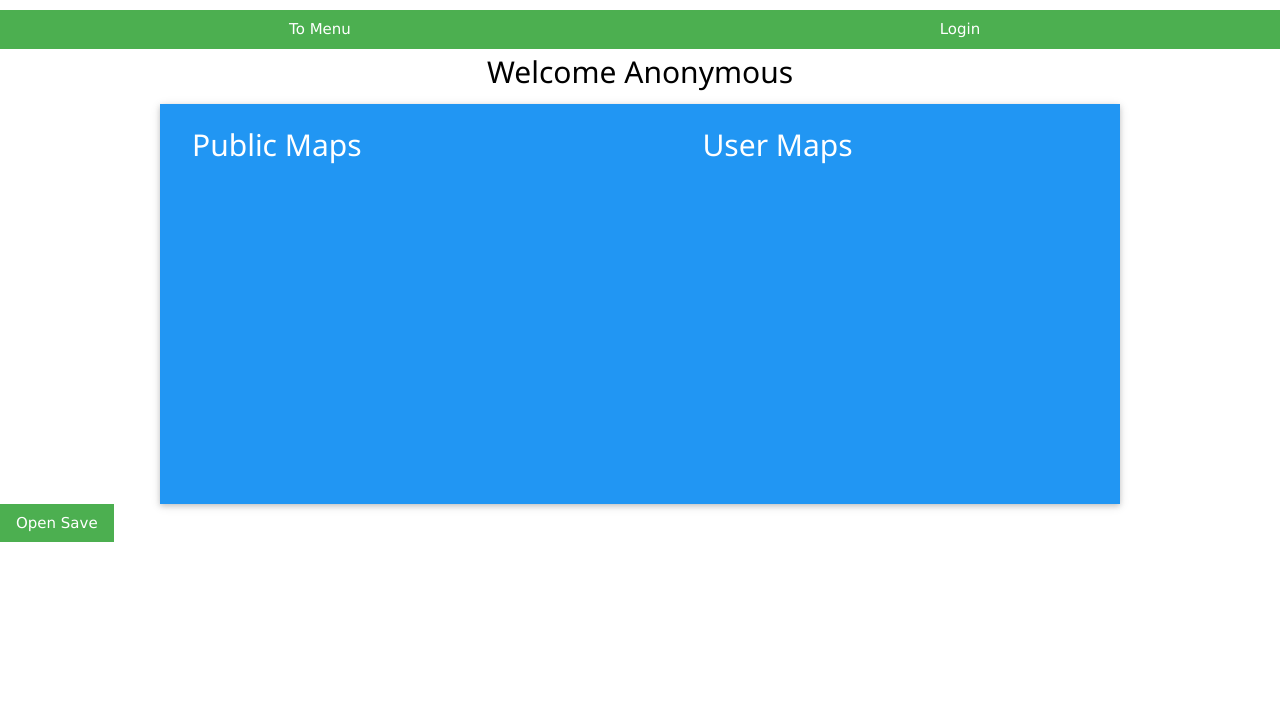
Repository: ReactorDevelopment/environment
Page: public/database.html
The author's editor kept a record of every edit. The page is drawn from the files as they stood at one moment, then again after the next edit.
The browser window is 1280 px wide. The pictures show the whole page.
The page's requests for data from a server got no answer.

Above is the page before.

### public/database.html
<html lang="en">
    <head>
        <meta charset="UTF-8">
        <title>Title</title>
        <script src="https://ajax.googleapis.com/ajax/libs/jquery/3.5.1/jquery.min.js"></script>
    </head>
    <meta name="viewport" content="width=device-width, initial-scale=1">
    <link rel="stylesheet" href="https://www.w3schools.com/w3css/4/w3.css">
    <body>
        <div style="width:100%">
            <button onclick="toMenu()" class="w3-half w3-button w3-green w3-hover-light-green">To Menu</button>
            <button id="loginBtn" class="w3-half w3-button w3-green w3-hover-light-green"></button>
        </div>
        <h2 id="welcome" class="w3-center"></h2>
        <div style="height:400px; width:75%; margin: auto;" class="w3-container w3-blue w3-card">
            <ul id="saveHolder" class="w3-ul" style="width:45%; height:100%; overflow:auto; top:0; float: left;">
                <li><h2>Public Maps</h2></li>
            </ul>
            <ul id="userSaveHolder" class="w3-ul" style="width:45%; height:100%; overflow:auto; top:0; float: right;">
                <li><h2>User Maps</h2></li>
            </ul>
        </div>
        <button onclick="toMap()" class="w3-button w3-green w3-hover-light-green">Open Save</button>
        <button id="visToggle" onclick="setVisibility()" style="float: right; visibility: hidden;"></button>
        <p id="showErr"></p>
    </body>
    <script>
        let saves = [];
        let queried = 0;
        let name;
        let username;
        let userId;
        dbInit();
        let selectedSave;
        function dbInit(){
            name = getCookie("name");
            username = getCookie("username");
            userId = getCookie("userid");
            if(name !== null && name !== ""){
                document.getElementById("welcome").innerHTML = "Welcome "+name;
                document.getElementById("loginBtn").innerHTML = "Logout";
                document.getElementById("loginBtn").onclick = function(){logout()};
            }
            else{
                document.getElementById("welcome").innerHTML = "Welcome Anonymous";
                document.getElementById("loginBtn").innerHTML = "Login";
                document.getElementById("loginBtn").onclick = function(){toLogin()};
            }
            refreshTables()
        }
        function refreshTables(){
            const request = new XMLHttpRequest();
            const url='/querrymaps';
            request.open("POST", url, true);
            request.send(null);

            request.onreadystatechange = (e) => {
                try{
                    parseTable(request.responseText);
                    showSaves();
                }catch(e){}
            };
        }
        function parseTable(jsonStr){
            if(jsonStr.length === 0) return;
            let response = JSON.parse(jsonStr);
            saves = [];
            for(let i=0; i<response.length; i++){
                console.log("Response "+i+": "+response[i].id);
                saves.push([response[i].file, response[i].username, response[i].content, response[i].public, response[i].id]);
            }
        }
        function loadSave(saveTile){
            console.log("Id: "+saveTile.id);
            for(let i=0; i<document.getElementById("saveHolder").childElementCount; i++)
                document.getElementById("saveHolder").children[i].classList.remove("w3-green");
            for(let i=0; i<document.getElementById("userSaveHolder").childElementCount; i++)
                document.getElementById("userSaveHolder").children[i].classList.remove("w3-green");
            saveTile.classList.add("w3-green");
            selectedSave = saveTile;

            for(let i=0; i<saves.length; i++)
                if(selectedSave.id === (saves[i][1]+"."+saves[i][0]) && saves[i][1] === username){
                    document.getElementById("visToggle").style.visibility = "visible";
                    if(saves[i][3] === 0)
                        document.getElementById("visToggle").innerHTML = "Make Visible";
                    else
                        document.getElementById("visToggle").innerHTML = "Make Private";
                    break;
                }
                else if(selectedSave.id === (saves[i][1]+"."+saves[i][0]))
                    document.getElementById("visToggle").style.visibility = "hidden";

        }
        function showSaves(){
            document.getElementById("saveHolder").innerHTML = "<li><h2>Public Maps</h2></li>";
            document.getElementById("userSaveHolder").innerHTML = "<li><h2>User Maps</h2></li>";
            for(let i=0; i<saves.length; i++){
                let save = document.createElement("LI");
                save.id = saves[i][1]+"."+saves[i][0];
                save.className = "saveTile w3-container w3-hover-light-green";
                save.addEventListener("click", function(){
                    loadSave(this);
                });

                let name = document.createElement("P");
                name.innerHTML = saves[i][0];
                name.className = "w3-half";

                let author = document.createElement("P");
                author.className = "w3-half";
                author.innerHTML = saves[i][1];

                save.appendChild(name);
                save.appendChild(author);

                if(saves[i][3] === 0 && saves[i][1] === username)
                    document.getElementById("userSaveHolder").appendChild(save);
                else if(saves[i][3] === 1)
                    document.getElementById("saveHolder").appendChild(save);

            }
            if(document.getElementById("saveHolder").childElementCount === 0 && queried === 1){
                let msg = document.createElement("P");
                msg.innerHTML = "Nothing to see here";
                document.getElementById("saveHolder").appendChild(msg);
            }
        }
        function setVisibility(){
            if(selectedSave !== undefined){
                for(let i=0; i<saves.length; i++){
                    if(selectedSave.id === (saves[i][1]+"."+saves[i][0]) && saves[i][1] === username){
                        const request = new XMLHttpRequest();
                        const url='/mapvisibility';
                        let isVisible;
                        if(saves[i][3] === 0) isVisible = 1;
                        else isVisible = 0;
                        let params = 'mapid='+saves[i][4]+'&vis='+isVisible;
                        request.open("POST", url, true);
                        request.setRequestHeader("Content-type", "application/x-www-form-urlencoded");
                        request.onreadystatechange = (e) => {
                            console.log(request.responseText);
                            document.getElementById("saveHolder").innerHTML = "";
                            document.getElementById("userSaveHolder").innerHTML = "";
                            refreshTables();
                        };
                        request.send(params);
                        break;
                    }
                    else if (selectedSave.id === (saves[i][1]+"."+saves[i][0]))
                        document.getElementById("showErr").innerHTML = "You must own the save to change its visibility";
                }
            }
        }
        function toMap(){
            document.getElementById("showErr").innerHTML = "";
            if(selectedSave !== undefined){
                for(let i=0; i<saves.length; i++){
                    if(selectedSave.id === (saves[i][1]+"."+saves[i][0])){
                        window.open("/map.html?mapstr="+saves[i][2], "_self");
                        break;
                    }
                }
            }
            else
                document.getElementById("showErr").innerHTML = "You must select a save file";
        }
        function toMenu(){
            window.open("/", "_self");
        }
        function toLogin(){
            window.open("/login.html", "_self");
        }
        function logout(){
            document.cookie = "username=;path=/;";
            document.cookie = "name=;path=/;";
            document.cookie = "userid=;path=/;";
            dbInit();
        }
        function getCookie(name){
            let cookies = decodeURIComponent(document.cookie);
            cookies = cookies.split(';');
            let cookieIndex = cookies.indexOf(";"+name+"=")+name.length+2;
            for(let i = 0; i <cookies.length; i++) {
                let c = cookies[i];
                while (c.charAt(0) === ' ') {
                  c = c.substring(1);
                }
                if (c.indexOf(name) == 0) {
                  return c.substring(name.length+1, c.length);
                }
              }
              return null;
        }
    </script>
</html>

After the next edit:
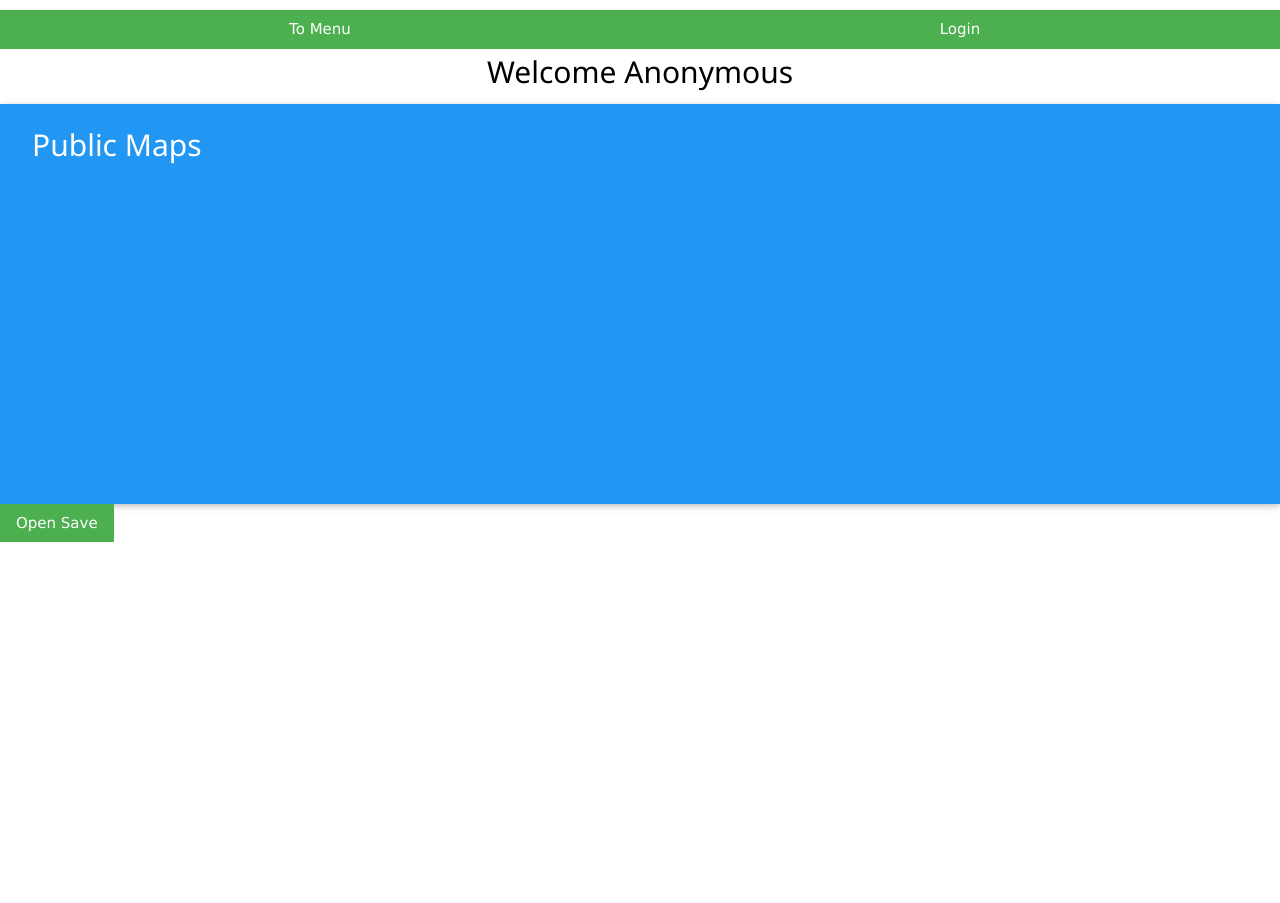
The edit:
--- a/public/database.html
+++ b/public/database.html
@@ -12,8 +12,8 @@
             <button id="loginBtn" class="w3-half w3-button w3-green w3-hover-light-green"></button>
         </div>
         <h2 id="welcome" class="w3-center"></h2>
-        <div style="height:400px; width:75%; margin: auto;" class="w3-container w3-blue w3-card">
-            <ul id="saveHolder" class="w3-ul" style="width:45%; height:100%; overflow:auto; top:0; float: left;">
+        <div style="height:400px; width:100%; margin: auto;" class="w3-container w3-blue w3-card">
+            <ul id="saveHolder" class="w3-ul" style="width:45%; height:100%; overflow:auto;">
                 <li><h2>Public Maps</h2></li>
             </ul>
             <ul id="userSaveHolder" class="w3-ul" style="width:45%; height:100%; overflow:auto; top:0; float: right;">
